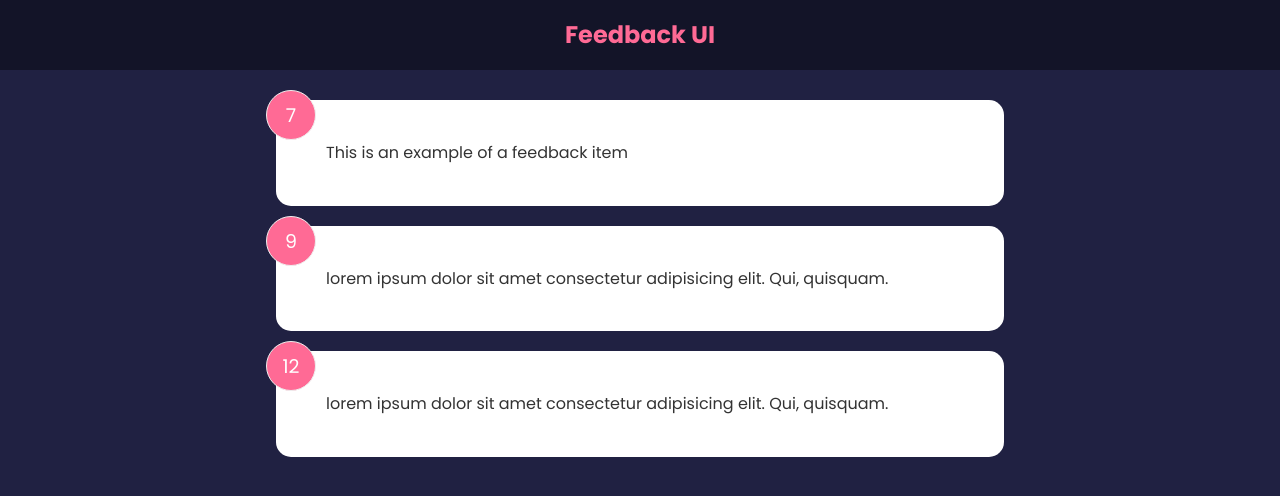
Repository: bayorwor/feedbackapp
Page: /
These files come from the project's save history. The page is drawn as it stood at one moment and after the next save; the edit follows.
The browser window is 1280 px wide. The pictures show the whole page.
The project was rebuilt for these pictures with package versions that can differ from the ones it lists, and the page was loaded fresh each time.

Above is the page before, as saved 2022-01-30 17:56:00.

### public/index.html
<!DOCTYPE html>
<html lang="en">
  <head>
    <meta charset="utf-8" />
    <link rel="icon" href="%PUBLIC_URL%/favicon.ico" />
    <meta name="viewport" content="width=device-width, initial-scale=1" />
    <meta name="theme-color" content="#000000" />
    <meta
      name="description"
      content="Web site created using create-react-app"
    />
    <link rel="apple-touch-icon" href="%PUBLIC_URL%/logo192.png" />
    <link rel="manifest" href="%PUBLIC_URL%/manifest.json" />
    <title>feedback app</title>
  </head>
  <body>
    <noscript>You need to enable JavaScript to run this app.</noscript>
    <div id="root"></div>
  </body>
</html>

### src/App.js
import { useState } from "react";
import Header from "./components/Header";
import feedbackData from "./data/feedBacks";
import FeedbackList from "./components/FeedbackList";

const App = () => {
  const [feedback, setFeedback] = useState(feedbackData);

  return (
    <>
      <Header />
      <div className="container">
        <FeedbackList feedback={feedback} />
      </div>
    </>
  );
};

export default App;

### src/components/Header.jsx
import React from "react";
import PropTypes from "prop-types";

const Header = ({ text, bgColor, textColor }) => {
  const headerStyle = {
    backgroundColor: bgColor,
    color: textColor,
  };

  return (
    <header style={headerStyle}>
      <div className="container">
        <h2>{text}</h2>
      </div>
    </header>
  );
};

Header.defaultProps = {
  text: "Feedback UI",
  bgColor: "rgba(0, 0, 0, 0.4)",
  textColor: "#ff6a95",
};

Header.propTypes = {
  text: PropTypes.string,
  bgColor: PropTypes.string,
  textColor: PropTypes.string,
};

export default Header;

### src/data/feedBacks.js
const feedbackData = [
  {
    rating: 7,
    text: "This is an example of a feedback item",
    id: 1,
  },
  {
    rating: 9,
    text: "lorem  ipsum dolor sit  amet consectetur adipisicing elit. Qui, quisquam.",
    id: 2,
  },
  {
    rating: 12,
    text: "lorem  ipsum dolor sit  amet consectetur adipisicing elit. Qui, quisquam.",
    id: 3,
  },
];

export default feedbackData;

### src/components/FeedbackList.jsx
import React from "react";
import FeedbaackItem from "./FeedbaackItem";

function FeedbackList({ feedback }) {
  if (!feedback || feedback.length === 0) {
    return <p>There are no feedbacks to display</p>;
  }

  return (
    <div className="feedback-list">
      {feedback.map((feedback) => (
        <FeedbaackItem key={feedback.id} feedback={feedback} />
      ))}
    </div>
  );
}

export default FeedbackList;

### src/components/FeedbaackItem.jsx
function FeedbaackItem({ feedback }) {
  return (
    <div className="card">
      <div className="num-display">{feedback.rating}</div>
      <div className="text-display">{feedback.text}</div>
    </div>
  );
}

export default FeedbaackItem;

### src/components/shared/Card.jsx
import React from "react";

function Card() {
  return <div></div>;
}

export default Card;

Loaded but not shown: src/index.js (common file); src/index.css (common file)

After the next save:
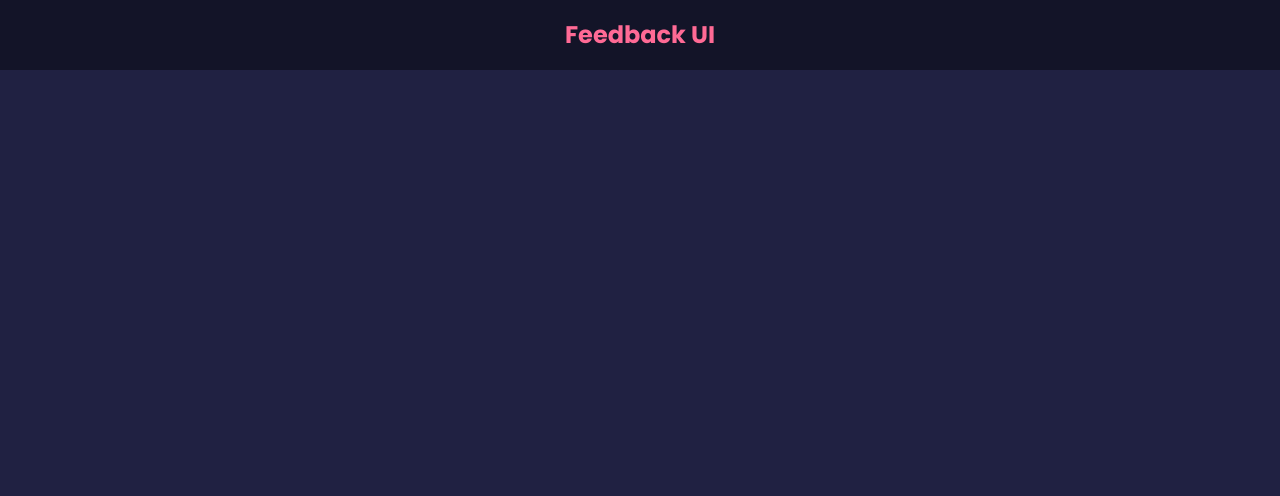
Saved 42 s later.
--- a/src/components/FeedbaackItem.jsx
+++ b/src/components/FeedbaackItem.jsx
@@ -1,9 +1,11 @@
+import Card from "./shared/Card";
+
 function FeedbaackItem({ feedback }) {
   return (
-    <div className="card">
+    <Card>
       <div className="num-display">{feedback.rating}</div>
       <div className="text-display">{feedback.text}</div>
-    </div>
+    </Card>
   );
 }
 
